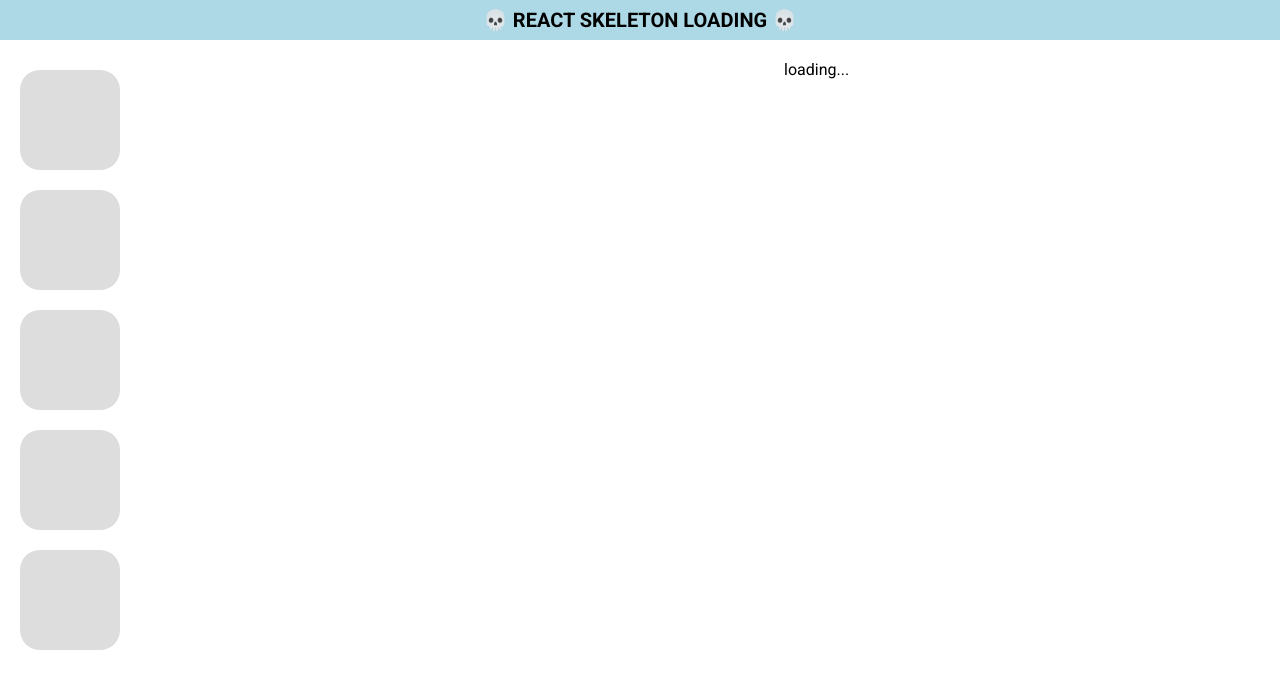
Repository: ethanJones21/React-Skeleton-Loading
Page: /
These files come from the project's save history. The page is drawn as it stood at one moment and after the next save; the edit follows.
The browser window is 1280 px wide. The pictures show the whole page.
The page's requests for data from a server got no answer. The project was rebuilt for these pictures with package versions that can differ from the ones it lists, and the page was loaded fresh each time. No one was signed in, and anything a server would have sent is missing. Also part of the build but not shown: src/components/Post.css, src/components/Post.js.

Above is the page before, as saved 2020-11-26 03:19:05.

### public/index.html
<!DOCTYPE html>
<html lang="en">
  <head>
    <meta charset="utf-8" />
    <link rel="icon" href="%PUBLIC_URL%/favicon.ico" />
    <meta name="viewport" content="width=device-width, initial-scale=1" />
    <meta name="theme-color" content="#000000" />
    <meta name="description" content="React skeleton loading" />
    <link rel="preconnect" href="https://fonts.gstatic.com" />
    <link
      href="https://fonts.googleapis.com/css2?family=Roboto:wght@100;300;400;500;700;900&display=swap"
      rel="stylesheet"
    />
    <title>React Skeleton</title>
  </head>
  <body>
    <noscript>You need to enable JavaScript to run this app.</noscript>
    <div id="root"></div>
  </body>
</html>

### src/App.js
import './App.css';
import Header from './components/Header';
import Posts from './components/Posts';
import User from './components/User';

function App() {
  return (
    <div className="app">
      <Header/>

      <div className="appContainer">
        <Posts/>
        <User/>
      </div>
    </div>
  );
}

export default App;

### src/App.css
*{
    margin: 0;
    font-family: 'Roboto', sans-serif;
}
.appContainer{
    display: flex;
    padding: 20px;
    align-items: start;
}

### src/components/Header.js
import React from 'react';
import "./Header.css"

const Header = () => {
    return (
        <div className="header">
            <span>💀 REACT SKELETON LOADING 💀 </span>
        </div>
    );
};

export default Header;

### src/components/Posts.js
import React, { useEffect, useState } from "react";
import Post from "./Post";
import "./Posts.css";
import { photos } from "../photos";
import PostSkeleton from "../skeleton/PostSkeleton";

const Posts = () => {
  const [postArray, setPostArray] = useState([]);

  useEffect(() => {
    setTimeout(() => {
      const fetchPosts = async () => {
        const res = await fetch("https://jsonplaceholder.typicode.com/posts");
        const data = await res.json();
        setPostArray(data.slice(0, 10));
      };
      fetchPosts();
    }, 1000);
  }, []);

  return (
    <div className="posts">
      {postArray.length > 0
        ? postArray.map((post) => (
            <Post
              key={post.id}
              post={{ ...post, photo: photos[post.id - 1] }}
            />
          ))
        : [1, 2, 3, 4, 5].map((item) => <PostSkeleton />)}
    </div>
  );
};

export default Posts;

### src/components/User.js
import React, { useState, useEffect } from "react";
import "./User.css";
import {photos} from "../photos"

const User = () => {
  const [user, setUser] = useState(null);

  useEffect(() => {
    setTimeout(() => {
      const fetchUser = async () => {
        const res = await fetch("https://jsonplaceholder.typicode.com/users");
        const data = await res.json();
        setUser(data[0]);
      };
      fetchUser();
    }, 1000);
  }, []);

  return (
    <div className="user">
      {user !== null ? (
        <>
          <div className="userPhoto">
            <img
              className="userPhotoImg"
              src={photos[9]}
              alt="avatar"
            />
          </div>
          <div className="userInfo">
            <span className="userInfoText">
              <b>{user.name}</b>
            </span>
            <span className="userInfoText">{user.email}</span>
            <span className="userInfoText">{user.address.street}</span>
          </div>
          <button className="writeButton">Write a Story</button>
        </>
      ) : (
        <span>loading...</span>
      )}
    </div>
  );
};

export default User;

### src/components/Header.css
.header{
    display: flex;
    align-items: center;
    justify-content: center;
    height: 40px;
    width: 100%;
    background-color: lightblue;
    font-weight: 600;
    font-size: 20px;
}

### src/components/Posts.css
.posts{
    flex: 0.6;
    padding-right: 50px;
}

### src/photos.js
export const photos = [
  "https://images.pexels.com/photos/789296/pexels-photo-789296.jpeg?auto=compress&cs=tinysrgb&dpr=2&w=500",
  "https://images.pexels.com/photos/3772771/pexels-photo-3772771.jpeg?auto=compress&cs=tinysrgb&dpr=2&w=500",
  "https://images.pexels.com/photos/3059745/pexels-photo-3059745.jpeg?auto=compress&cs=tinysrgb&dpr=2&w=500",
  "https://images.pexels.com/photos/2896840/pexels-photo-2896840.jpeg?auto=compress&cs=tinysrgb&dpr=2&w=500",
  "https://images.pexels.com/photos/3155588/pexels-photo-3155588.jpeg?auto=compress&cs=tinysrgb&dpr=2&w=500",
  "https://images.pexels.com/photos/936019/pexels-photo-936019.jpeg?auto=compress&cs=tinysrgb&dpr=2&w=500",
  "https://images.pexels.com/photos/1071162/pexels-photo-1071162.jpeg?auto=compress&cs=tinysrgb&dpr=2&w=500",
  "https://images.pexels.com/photos/3147528/pexels-photo-3147528.jpeg?auto=compress&cs=tinysrgb&dpr=2&w=500",
  "https://images.pexels.com/photos/3541389/pexels-photo-3541389.jpeg?auto=compress&cs=tinysrgb&dpr=2&w=500",
  "https://images.pexels.com/photos/1680172/pexels-photo-1680172.jpeg?auto=compress&cs=tinysrgb&dpr=2&w=500",
];

### src/skeleton/PostSkeleton.js
import React from "react";
import "./PostSkeleton.css";
import Skeleton from "./Skeleton";

const PostSkeleton = () => {
  return (
    <div className="postSkeleton">
      <Skeleton type="avatar" />
      <div className="postSkeletonRight">
        <Skeleton type="title" />
        {/* <Skeleton type="text" />
        <Skeleton type="text" />
        <Skeleton type="text" /> */}
      </div>
    </div>
  );
};

export default PostSkeleton;

### src/components/User.css
.user {
  flex: 0.4;
  display: flex;
  align-items: center;
}

.userPhotoImg {
  width: 60px;
  height: 60px;
  border-radius: 50%;
  margin-right: 20px;
  object-fit: cover;
}

.userInfo{
    display: flex;
    flex-direction: column;
}

.writeButton{
    padding: 10px;
    border: none;
    margin-left: 20px;
    border-radius: 10px;
    cursor: pointer;
}

.writeButton:focus{
    outline: none;
}

### src/skeleton/PostSkeleton.css
.postSkeleton {
  display: flex;
  align-items: center;
}

### src/skeleton/Skeleton.js
import React from "react";
import "./Skeleton.css"

const Skeleton = ({ type }) => {
  return <div className={`skeleton ${type}`}></div>;
};

export default Skeleton;

### src/skeleton/Skeleton.css
.skeleton {
  background: #ddd;
  overflow: hidden;
  margin: 10px 0;
  border-radius: 4px;
}

.skeleton.text {
  width: 100%;
  height: 12px;
}

.skeleton.title {
  width: 50%;
  height: 20px;
  margin-bottom: 15px;
}

.skeleton.avatar {
  width: 100px;
  height: 100px;
  border-radius: 20%;
}

.skeleton.userAvatar {
  width: 100px;
  height: 100px;
  border-radius: 50%;
}

Loaded but not shown: src/index.js (common file)

After the next save:
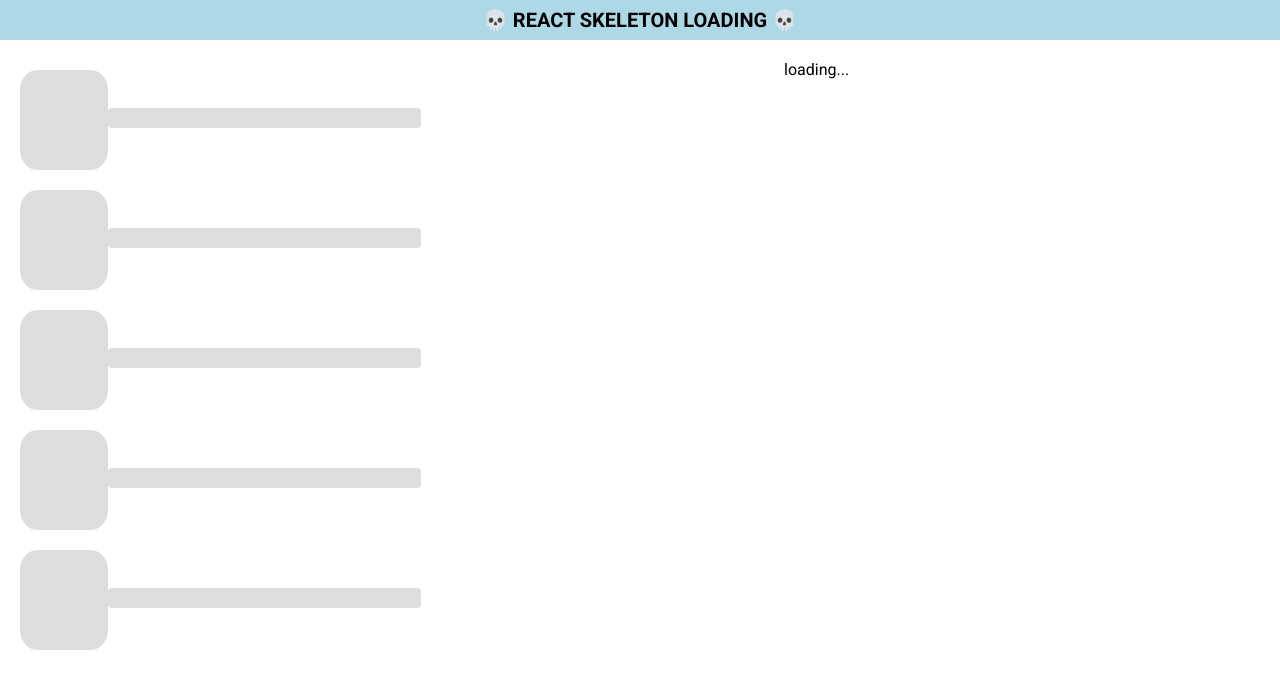
Saved 17 s later.
--- a/src/skeleton/PostSkeleton.css
+++ b/src/skeleton/PostSkeleton.css
@@ -2,3 +2,7 @@
   display: flex;
   align-items: center;
 }
+
+.postSkeletonRight{
+    width: 100%;
+}
